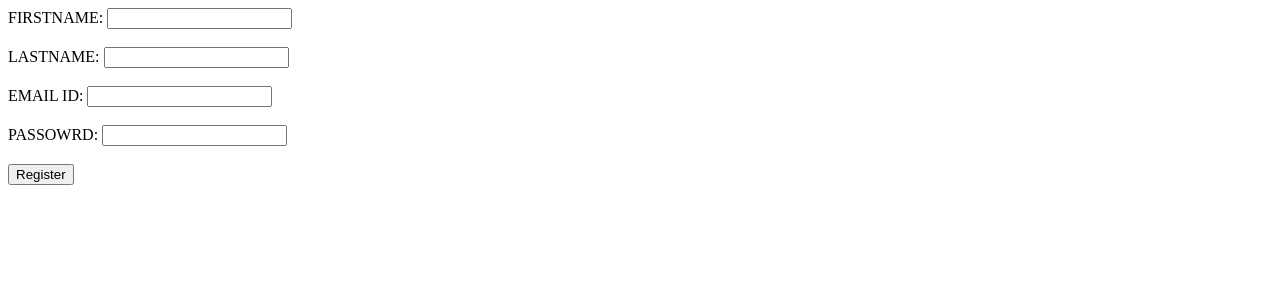
Repository: Catalyst-OTU/Java_Works
Page: ServletBasic/WebContent/StudentRegister.html
An editor plug-in stored every save of this project. The page is shown before and after the next save, followed by the edit.
The browser window is 1280 px wide. The pictures show the whole page.

Above is the page before, as saved 2021-01-27 20:26:01.

### ServletBasic/WebContent/StudentRegister.html
<!DOCTYPE html>
<html>
<head>
<meta charset="ISO-8859-1">
<title>Insert title here</title>
</head>
<body>

<form action="StudentRegister" method="get">

		FIRSTNAME: <input type="text" name="firstName" required> <br/> <br/>
		LASTNAME: <input type="text" name="lastName" required> <br/> <br/>
		EMAIL ID: <input type="email" name="email" required> <br/> <br/>
		PASSOWRD: <input type="password" name="pass" required> <br/> <br/>


		<input type="submit" value="Register">


</form>

</body>
</html>

After the next save:
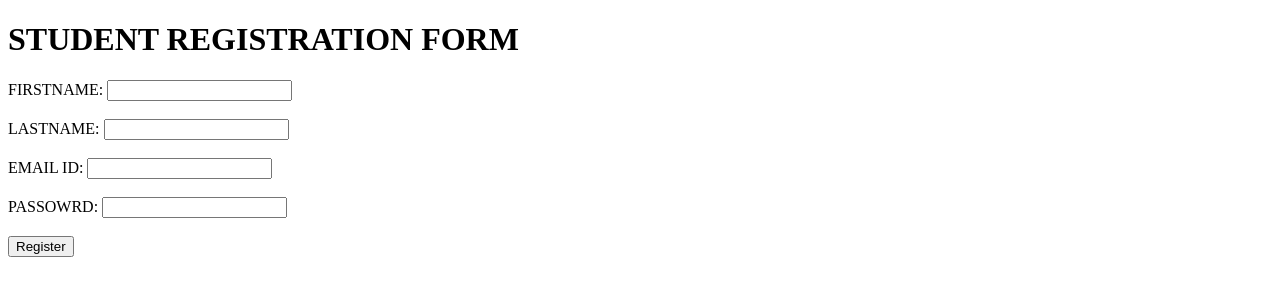
Saved 117 s later.
--- a/ServletBasic/WebContent/StudentRegister.html
+++ b/ServletBasic/WebContent/StudentRegister.html
@@ -8,6 +8,7 @@
 
 <form action="StudentRegister" method="get">
 
+		<h1>STUDENT REGISTRATION FORM</h1>
 		FIRSTNAME: <input type="text" name="firstName" required> <br/> <br/>
 		LASTNAME: <input type="text" name="lastName" required> <br/> <br/>
 		EMAIL ID: <input type="email" name="email" required> <br/> <br/>
